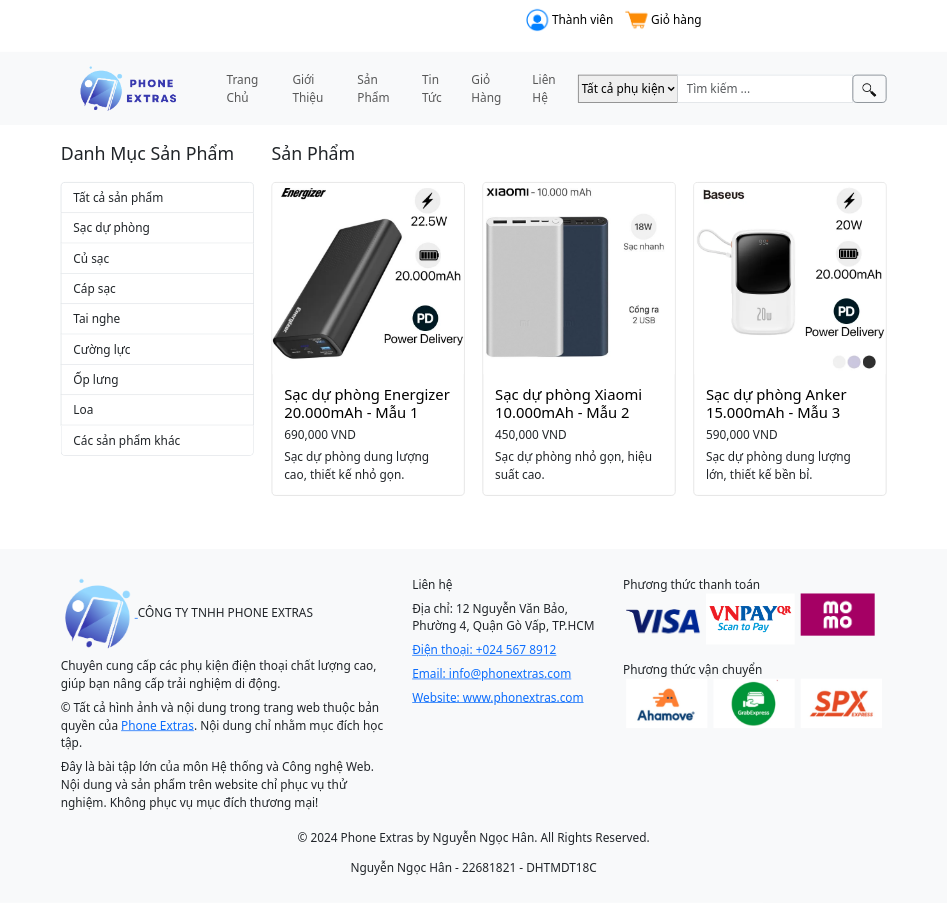
Repository: munnkawaii/BTL-PhoneExtras
Page: html/products.html
The author's editor kept a copy of each file at every save. The page is drawn from the files as they stood at one save, then again after the next save.
The browser window is 1280 px wide. The pictures show the whole page, at 74% of full size.

Above is the page before, as saved 2024-11-16 00:24:23.

### html/products.html
<!DOCTYPE html>
<html lang="vi">
<head>
    <meta charset="UTF-8">
    <meta name="viewport" content="width=device-width, initial-scale=1.0">
    <title>Phone Extras - Sản Phẩm</title>
    <link rel="stylesheet" href="../css/style.css">
    <link rel="stylesheet" href="../css/bootstrap.min.css">
    <link rel="icon" href="../img/logo/logopng.png" type="image/png">
    <script src="../js/jquery-3.6.1.js"></script>
    <script src="../js/bootstrap.bundle.min.js"></script>
</head>

<style>
    .list-group-item:hover {
        background-color: #d0e7ff;
        font-weight: bold;
    }

    .card-title a {
        color: black;
        text-decoration: none;
    }

    .card:hover .card-title a {
        color: gray;
        text-decoration: none;
    }


    .card {
        border: 1px solid #ddd;
        transition: transform 0.3s ease;
    }

    .card:hover {
        transform: scale(1.05);
    }

</style>

<script>
    $(document).ready(function() {
        // Khi nhấp vào sản phẩm, hiển thị modal tương ứng
        $('[data-toggle="modal"]').click(function() {
            var targetModal = $(this).data('target');
            $(targetModal).modal('show');
        });

        // Đóng modal khi nhấp vào nút đóng
        $('.modal .close').click(function() {
            $(this).closest('.modal').modal('hide');
        });

        // Hàm thêm sản phẩm vào giỏ hàng
        function addToCart(product) {
            let cart = JSON.parse(localStorage.getItem('cart')) || [];
            let existingProduct = cart.find(item => item.id === product.id);

            if (existingProduct) {
                existingProduct.quantity += 1;
            } else {
                cart.push({ ...product, quantity: 1 });
            }

            localStorage.setItem('cart', JSON.stringify(cart));
            alert("Đã thêm sản phẩm vào giỏ hàng!");
        }

        // Xử lý sự kiện click cho nút "Thêm vào giỏ hàng"
        $('.add-to-cart').click(function (e) {
            e.preventDefault();
            const product = {
                id: $(this).data('id'),
                name: $(this).data('name'),
                price: $(this).data('price'),
                image: $(this).data('image'),
            };
            addToCart(product);
        });
    });
</script>
<body>
    <!-- Header -->
    <header>
        <!-- top header -->
        <div class="container-fluid">
            <div class="row" id="top-header">
                <div class="col-md-9 my-2 p-1">
                    <ul id="top-contact" class="list-inline d-flex justify-content-end">
                        <li class="list-inline-item mx-2">
                            <a href="./html/thanh-vien.html" class="contact-link">
                                <img src="../img/icon/person.png" alt="" style="width: 30px; height: 30px; margin-right: 5px;">
                                <i class="fa-solid fa-users"></i> Thành viên
                            </a>
                        </li>
                        <li class="list-inline-item mx-2">
                            <a href="../html/cart.html" class="contact-link">
                                <img src="../img/icon/cart.png" alt="" style="width: 30px; height: 30px; margin-right: 5px;">
                                <i class="fa-solid fa-cart-shopping"></i> Giỏ hàng
                            </a>
                        </li>
                    </ul>
                </div>
            </div>
        </div>
    </header>

    <!-- Navigation -->
    <div class="fixed-nav">
        <nav class="navbar navbar-expand-lg navbar-light bg-light">
            <div class="container">
                <a href="index.html" class="navbar-brand">
                    <img src="../img/logo/pelogo.png" alt="Phone Extras Logo" style="height: auto; max-width: 200px;">
                </a>
                <button class="navbar-toggler" type="button" data-toggle="collapse" data-target="#navbarNav" aria-controls="navbarNav" aria-expanded="false" aria-label="Toggle navigation">
                    <span class="navbar-toggler-icon"></span>
                </button>
                <div class="collapse navbar-collapse" id="navbarNav">
                    <ul class="navbar-nav mx-auto">
                        <li class="nav-item"><a class="nav-link" href="../html/index.html">Trang Chủ</a></li>
                        <li class="nav-item"><a class="nav-link" href="../html/about.html">Giới Thiệu</a></li>
                        <li class="nav-item"><a class="nav-link" href="../html/products.html">Sản Phẩm</a></li>
                        <li class="nav-item"><a class="nav-link" href="../html/news.html">Tin Tức</a></li>
                        <li class="nav-item"><a class="nav-link" href="../html/cart.html">Giỏ Hàng</a></li>
                        <li class="nav-item"><a class="nav-link" href="../html/contact.html">Liên Hệ</a></li>
                    </ul>
                    <form id="nav-form-search" class="form-inline my-2 my-lg-0">
                        <!-- mục tìm kiếm -->
                        <div class="input-group" id="input-search-top">
                            <!-- Danh mục sản phẩm -->
                            <select name="" id="select-product-category" class="custom-select">
                                <option value="all">Tất cả phụ kiện</option>
                                <option value="case">Ốp lưng</option>
                                <option value="cable">Cáp sạc</option>
                                <option value="earphone">Tai nghe</option>
                                <option value="screen-protector">Cường lực</option>
                                <option value="power-bank">Sạc dự phòng</option>
                            </select>

                            <!-- Mục tìm kiếm -->
                            <input type="text" class="form-control" placeholder="Tìm kiếm ...">
                            <div class="input-group-append">
                                <button class="btn btn-outline-secondary bg-light" type="submit">
                                    <i class="fas fa-search"></i>
                                    <img src="../img/icon/search.png" alt="" width="20px">
                                </button>
                            </div>
                        </div>
                    </form>
                </div>
            </div>
        </nav>
    </div>

    <!-- Main Content -->
    <div class="container">
        <div class="row">
            <!-- Sidebar -->
            <div class="col-lg-3 col-md-4 col-sm-12">
                <h4 class="my-4">Danh Mục Sản Phẩm</h4>
                <div class="list-group">
                    <a href="../html/products.html" class="list-group-item">Tất cả sản phẩm</a>
                    <a href="../html/products/powerbank.html" class="list-group-item">Sạc dự phòng</a>
                    <a href="../html/products/charge.html" class="list-group-item">Củ sạc</a>
                    <a href="../html/products/cable.html" class="list-group-item">Cáp sạc</a>
                    <a href="../html/products/earphone.html" class="list-group-item">Tai nghe</a>
                    <a href="../html/products/screenprotector.html" class="list-group-item">Cường lực</a>
                    <a href="../html/products/case.html" class="list-group-item">Ốp lưng</a>
                    <a href="../html/products/speaker.html" class="list-group-item">Loa</a>
                    <a href="../html/products/more.html" class="list-group-item">Các sản phẩm khác</a>
                </div>
            </div>

            <!-- Product Grid -->
            <div class="col-lg-9 col-md-8 col-sm-12">
                <h4 class="my-4">Sản Phẩm</h4>
                <div class="row">
                    <div class="col-lg-4 col-md-6 mb-4">
                        <div class="card h-100">
                            <a href="#" data-toggle="modal" data-target="#productModal1"><img class="card-img-top" src="../img/sacdp/mau1.jpg" alt="Product 1"></a>
                            <div class="card-body">
                                <h5 class="card-title">
                                    <a href="#" data-toggle="modal" data-target="#productModal1">Sạc dự phòng Energizer 20.000mAh - Mẫu 1</a>
                                </h5>
                                <h6>690,000 VND</h6>
                                <p class="card-text">Sạc dự phòng dung lượng cao, thiết kế nhỏ gọn.</p>
                            </div>
                        </div>
                    </div>

                    <div class="col-lg-4 col-md-6 mb-4">
                        <div class="card h-100">
                            <a href="#" data-toggle="modal" data-target="#productModal2"><img class="card-img-top" src="../img/sacdp/mau2.png" alt="Product 2"></a>
                            <div class="card-body">
                                <h5 class="card-title">
                                    <a href="#" data-toggle="modal" data-target="#productModal2">Sạc dự phòng Xiaomi 10.000mAh - Mẫu 2</a>
                                </h5>
                                <h6>450,000 VND</h6>
                                <p class="card-text">Sạc dự phòng nhỏ gọn, hiệu suất cao.</p>
                            </div>
                        </div>
                    </div>

                    <div class="col-lg-4 col-md-6 mb-4">
                        <div class="card h-100">
                            <a href="#" data-toggle="modal" data-target="#productModal3"><img class="card-img-top" src="../img/sacdp/mau3.png" alt="Product 3"></a>
                            <div class="card-body">
                                <h5 class="card-title">
                                    <a href="#" data-toggle="modal" data-target="#productModal3">Sạc dự phòng Anker 15.000mAh - Mẫu 3</a>
                                </h5>
                                <h6>590,000 VND</h6>
                                <p class="card-text">Sạc dự phòng dung lượng lớn, thiết kế bền bỉ.</p>
                            </div>
                        </div>
                    </div>



                </div>
            </div>
        </div>
    </div>

    <!-- Product Modals -->
    <div class="modal fade" id="productModal1" tabindex="-1" role="dialog" aria-labelledby="productModalLabel1" aria-hidden="true">
        <div class="modal-dialog modal-lg" role="document">
            <div class="modal-content">
                <div class="modal-header">
                    <h5 class="modal-title" id="productModalLabel1">Sạc dự phòng Energizer 20.000mAh - Mẫu 1</h5>
                    <button type="button" class="close" data-dismiss="modal" aria-label="Close">
                        <span aria-hidden="true">&times;</span>
                    </button>
                </div>
                <div class="modal-body">
                    <div class="row">
                        <div class="col-md-6">
                            <img src="../img/sacdp/mau1.jpg" class="img-fluid" alt="Product 1">
                        </div>
                        <div class="col-md-6">
                            <h4>690,000 VND</h4>
                            <p>Sạc dự phòng dung lượng cao, thiết kế nhỏ gọn.</p>
                            <p>Thông số kỹ thuật:</p>
                            <ul>
                                <li>Dung lượng: 20.000mAh</li>
                                <li>Đầu ra: 2 cổng USB</li>
                                <li>Đầu vào: Micro USB, USB-C</li>
                                <li>Kích thước: 150 x 70 x 20 mm</li>
                                <li>Trọng lượng: 300g</li>
                            </ul>
                            <a href="#" class="btn btn-primary add-to-cart" data-id="1" data-name="Sạc dự phòng Energizer 20.000mAh - Mẫu 1" data-price="690000" data-image="../img/sacdp/mau1.jpg">Thêm vào giỏ hàng</a>
                        </div>
                    </div>
                </div>
            </div>
        </div>
    </div>

    <div class="modal fade" id="productModal2" tabindex="-1" role="dialog" aria-labelledby="productModalLabel2" aria-hidden="true">
        <div class="modal-dialog modal-lg" role="document">
            <div class="modal-content">
                <div class="modal-header">
                    <h5 class="modal-title" id="productModalLabel2">Sạc dự phòng Xiaomi 10.000mAh - Mẫu 2</h5>
                    <button type="button" class="close" data-dismiss="modal" aria-label="Close">
                        <span aria-hidden="true">&times;</span>
                    </button>
                </div>
                <div class="modal-body">
                    <div class="row">
                        <div class="col-md-6">
                            <img src="../img/sacdp/mau2.png" class="img-fluid" alt="Product 2">
                        </div>
                        <div class="col-md-6">
                            <h4>450,000 VND</h4>
                            <p>Sạc dự phòng nhỏ gọn, hiệu suất cao.</p>
                            <p>Thông số kỹ thuật:</p>
                            <ul>
                                <li>Dung lượng: 10.000mAh</li>
                                <li>Đầu ra: 2 cổng USB</li>
                                <li>Đầu vào: Micro USB, USB-C</li>
                                <li>Kích thước: 130 x 60 x 20 mm</li>
                                <li>Trọng lượng: 250g</li>
                            </ul>
                            <a href="#" class="btn btn-primary add-to-cart" data-id="2" data-name="Sạc dự phòng Xiaomi 10.000mAh - Mẫu 2" data-price="450000" data-image="../img/sacdp/mau2.jpg">Thêm vào giỏ hàng</a>
                        </div>
                    </div>
                </div>
            </div>
        </div>
    </div>

    <div class="modal fade" id="productModal3" tabindex="-1" role="dialog" aria-labelledby="productModalLabel3" aria-hidden="true">
        <div class="modal-dialog modal-lg" role="document">
            <div class="modal-content">
                <div class="modal-header">
                    <h5 class="modal-title" id="productModalLabel3">Sạc dự phòng Anker 15.000mAh - Mẫu 3</h5>
                    <button type="button" class="close" data-dismiss="modal" aria-label="Close">
                        <span aria-hidden="true">&times;</span>
                    </button>
                </div>
                <div class="modal-body">
                    <div class="row">
                        <div class="col-md-6">
                            <img src="../img/sacdp/mau3.png" class="img-fluid" alt="Product 3">
                        </div>
                        <div class="col-md-6">
                            <h4>550,000 VND</h4>
                            <p>Sạc dự phòng dung lượng lớn, thiết kế bền bỉ.</p>
                            <p>Thông số kỹ thuật:</p>
                            <ul>
                                <li>Dung lượng: 15.000mAh</li>
                                <li>Đầu ra: 2 cổng USB</li>
                                <li>Đầu vào: Micro USB, USB-C</li>
                                <li>Kích thước: 140 x 65 x 20 mm</li>
                                <li>Trọng lượng: 280g</li>
                            </ul>
                            <a href="#" class="btn btn-primary add-to-cart" data-id="3" data-name="Sạc dự phòng Anker 15.000mAh - Mẫu 3" data-price="550000" data-image="../img/sacdp/mau3.jpg">Thêm vào giỏ hàng</a>
                        </div>
                    </div>
                </div>
            </div>
        </div>
    </div>

    <!-- Footer Start -->
    <div id="footer" class="mt-5 w-100">
        <div class="container">
            <div id="footer-main">
                <div class="row">
                    <!-- About Us -->
                    <div class="col-md-5 mt-3">
                        <div class="brand-name">
                            <a href="../html/index.html">
                                <img src="../img/logo/logopng.png" style="width: 100px;" alt="logo">
                            </a>
                            <span class="company-name">CÔNG TY TNHH PHONE EXTRAS</span>
                        </div>
                        <div class="about mt-2">
                            <span class="contact-icon"><i class="fa-solid fa-bookmark"></i></span>
                            <div class="contact-detail">
                                Chuyên cung cấp các phụ kiện điện thoại chất lượng cao, giúp bạn nâng cấp trải nghiệm di động.
                            </div>
                        </div>
                        <div class="copyright mt-2">
                            <span class="contact-icon"><i class="fa-solid fa-check"></i></span>
                            <div class="contact-detail">
                                © Tất cả hình ảnh và nội dung trong trang web thuộc bản quyền của
                                <a href="https://phonextras.com/">Phone Extras</a>. Nội dung chỉ nhằm mục đích học tập.
                            </div>
                        </div>
                        <div class="project-purpose mt-2">
                            <span class="contact-icon"><i class="fa-solid fa-school"></i></span>
                            <div class="contact-detail">
                                Đây là bài tập lớn của môn Hệ thống và Công nghệ Web. Nội dung và sản phẩm trên website chỉ phục vụ thử nghiệm. Không phục vụ mục đích thương mại!
                            </div>
                        </div>
                    </div>

                    <!-- Contact -->
                    <div class="col-md-3 mt-3">
                        <div class="contact-title">
                            <span class="company-name">Liên hệ</span>
                        </div>
                        <div class="address mt-2">
                            <span class="contact-icon"><i class="fa-solid fa-location-dot"></i></span>
                            <div class="contact-detail">Địa chỉ: 12 Nguyễn Văn Bảo, Phường 4, Quận Gò Vấp, TP.HCM</div>
                        </div>
                        <div class="phone mt-2">
                            <span class="contact-icon"><i class="fa-solid fa-phone"></i></span>
                            <div class="contact-detail">
                                <a href="tel:+028 123 4567">Điện thoại: +024 567 8912</a>
                            </div>
                        </div>
                        <div class="email mt-2">
                            <span class="contact-icon"><i class="fa-solid fa-envelope"></i></span>
                            <div class="contact-detail">
                                <a href="mailto:info@phonextras.com">Email: info@phonextras.com</a>
                            </div>
                        </div>
                        <div class="website mt-2">
                            <span class="contact-icon"><i class="fa-solid fa-globe"></i></span>
                            <div class="contact-detail">
                                <a href="https://phonextras.com/">Website: www.phonextras.com</a>
                            </div>
                        </div>
                    </div>

                    <!-- Follow Us -->
                    <div class="col-md-4 mt-3">
                        <div class="payment-methods mb-3">
                            <span class="company-name">Phương thức thanh toán</span>
                            <ul class="nav">
                                <li class="mx-1"><img src="../img/icon/visa.png" alt="payment1" width="100px"></li>
                                <li class="mx-1"><img src="../img/icon/vnpay.png" alt="payment2" width="120px"></li>
                                <li class="mx-1"><img src="../img/icon/momo.png" alt="payment3" width="100px" height="57px" ></li>
                            </ul>
                        </div>
                        <div class="shipping-methods mb-3">
                            <span class="company-name">Phương thức vận chuyển</span>
                            <ul class="nav">
                                <li class="mx-1"><img src="../img/icon/shipment1.png" alt="shipment1" width="110px"></li>
                                <li class="mx-1"><img src="../img/icon/shipment2.png" alt="shipment2" width="110px"></li>
                                <li class="mx-1"><img src="../img/icon/shipment3.png" alt="shipment3" width="110px"></li>
                            </ul>
                        </div>
                    </div>
                </div>
            </div>

            <!-- Footer Bottom -->
            <div id="footer-bottom" class="text-center mt-4">
                <p>© 2024 Phone Extras by Nguyễn Ngọc Hân. All Rights Reserved.</p>
                <p>Nguyễn Ngọc Hân - 22681821 - DHTMDT18C</p>
            </div>
        </div>
    </div>
    <!-- Footer End -->
</body>
</html>

### css/style.css
    .img-container {
        text-align: center;
    }
    .img-responsive {
        width: 80px;
        height: auto;
    }

    .img-services{
        width: 200px;
        height: auto;
    }

    .contact-link {
        display: flex;
        align-items: center;
        color: black;
        text-decoration: none;
        transition: color 0.3s, transform 0.3s;
    }

    .contact-link:hover {
        color: rgb(59, 59, 219);
        transform: translateY(-3px);
    }


    #categories .row {
    display: flex;
    flex-wrap: wrap;
    justify-content: space-between;
    }

    #categories .col-md-3 {
        flex: 1 1 10%;
        max-width: 10%;
        box-sizing: border-box;
        padding: 10px;
    }

    #categories .col-md-3 img {
        width: 80%;
        height: auto;
    }

    #categories .col-md-3 a {
        display: flex;
        flex-direction: column;
        align-items: center;
        text-align: center;
        color: black;
        text-decoration: none;
    }

    #categories .col-md-3 a:hover {
        color: gray;
    }

    #categories .col-md-3 h4 {
        margin: 0;
        font-size: 110%;
    }


    #services {
    padding-top: 40px;
    padding-bottom: 40px;
    }

    #services .row {
        display: flex;
        flex-wrap: wrap;
        justify-content: space-between;
    }

    #services .col-md-3 {
        background-color: white;
        border-radius: 10px;
        padding: 15px;
        box-shadow: 0 4px 8px rgba(0, 0, 0, 0.1);
        margin: 10px;
        flex: 1 1 calc(25% - 20px);
        box-sizing: border-box;
    }

    #services .col-md-3 img {
        width: 40%;
        height: auto;
        margin-bottom: 10px;
    }

    #services h5 {
        font-size: 1.1em;
        margin-bottom: 8px;
    }

    #services p {
        font-size: 0.85em;
    }

    /* hiệu ứng chuyển đổi */
    #services .col-md-3 {
    transition: transform 0.3s, box-shadow 0.3s;
    }

    #services .col-md-3:hover {
        transform: translateY(-5px); /*di chuyển nhích lên*/
        box-shadow: 0 8px 16px rgba(0, 0, 0, 0.2); /*Bóng đậm*/
    }

    #footer {
    background-color: #f8f9fa;
    width: 100%;
    padding: 20px 0; /* Khoảng cách trên và dưới */
    }

Loaded but not shown: css/bootstrap.min.css (library); js/jquery-3.6.1.js (library); js/bootstrap.bundle.min.js (library)

After the next save:
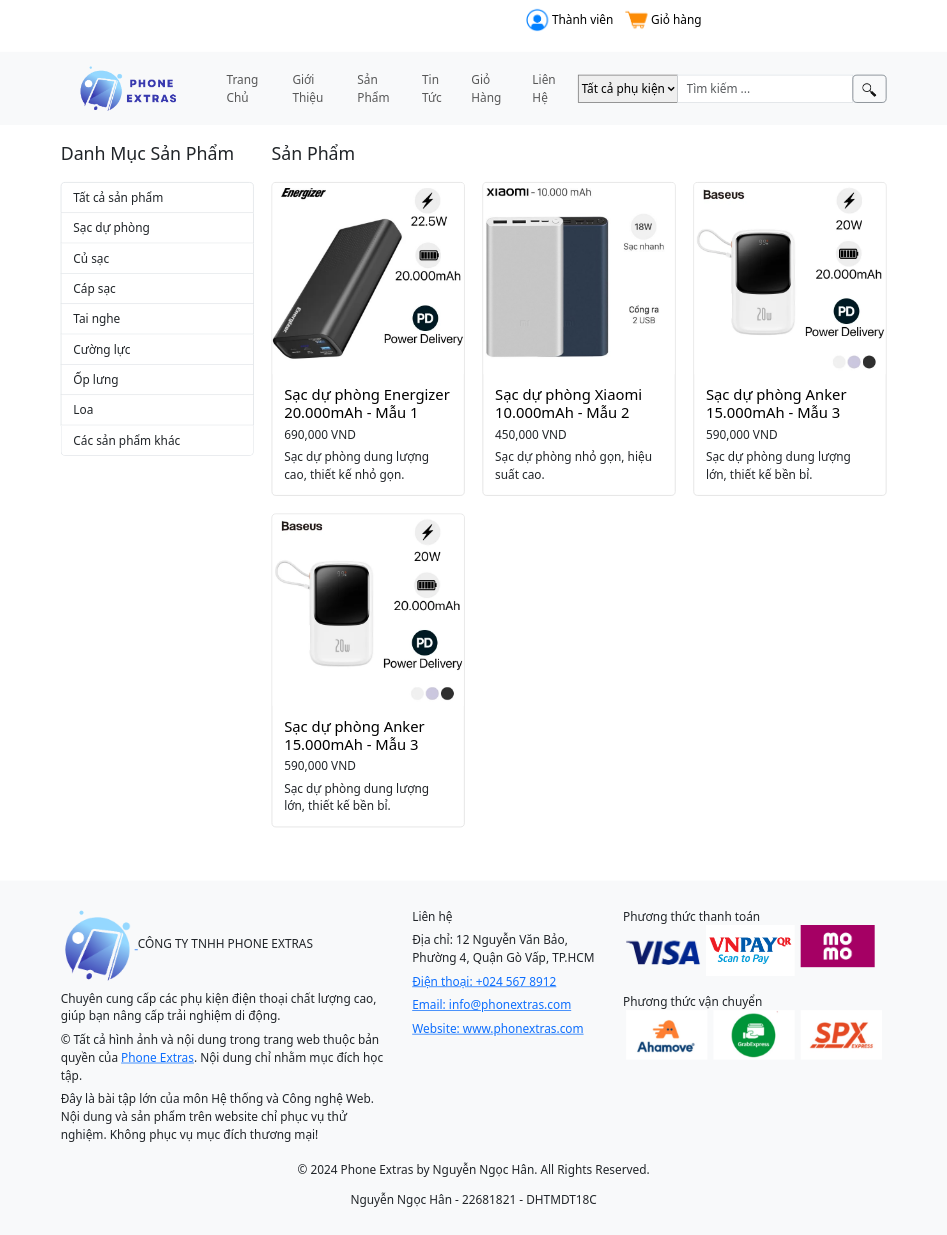
Saved 6 s later.
--- a/html/products.html
+++ b/html/products.html
@@ -215,7 +215,18 @@
                         </div>
                     </div>
 
-
+                    <div class="col-lg-4 col-md-6 mb-4">
+                        <div class="card h-100">
+                            <a href="#" data-toggle="modal" data-target="#productModal3"><img class="card-img-top" src="../img/sacdp/mau3.png" alt="Product 3"></a>
+                            <div class="card-body">
+                                <h5 class="card-title">
+                                    <a href="#" data-toggle="modal" data-target="#productModal3">Sạc dự phòng Anker 15.000mAh - Mẫu 3</a>
+                                </h5>
+                                <h6>590,000 VND</h6>
+                                <p class="card-text">Sạc dự phòng dung lượng lớn, thiết kế bền bỉ.</p>
+                            </div>
+                        </div>
+                    </div>
 
                 </div>
             </div>
